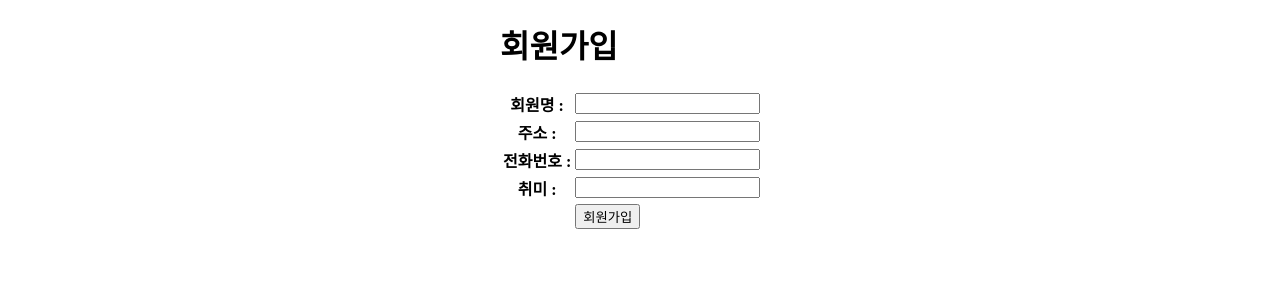
Repository: nameisris/jsp_workspace
Page: JspProject/src/main/webapp/memReg.html
The author's editor kept a copy of each file at every save. The page is drawn from the files as they stood at one save, then again after the next save.
The browser window is 1280 px wide. The pictures show the whole page.

Above is the page before, as saved 2023-09-19 05:27:44.

After the next save:
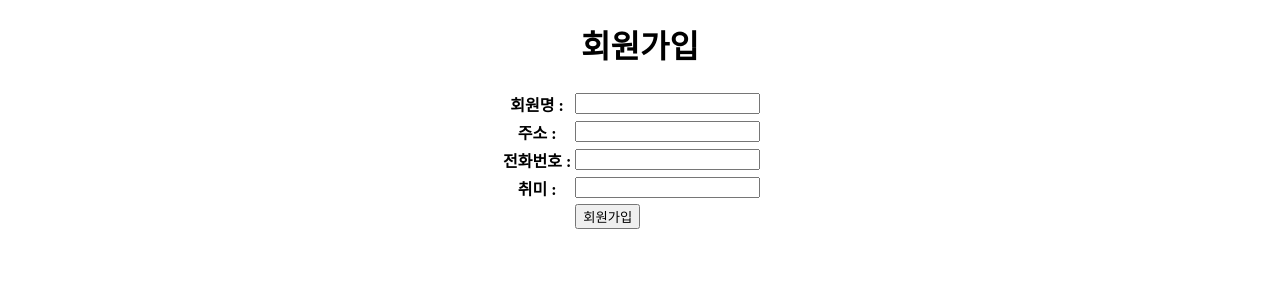
Saved 3 s later.
--- a/JspProject/src/main/webapp/memReg.html
+++ b/JspProject/src/main/webapp/memReg.html
@@ -4,17 +4,18 @@
 <meta charset="UTF-8">
 <title>Insert title here</title>
 <style type="text/css">
-	body { margin:auto; }
+	body { margin: auto; }
 	div {
 		width: 280px;
 		margin: auto;
 	}
+	h1 { text-align: center; }
 </style>
 </head>
 <body>
 <div>
 <h1>회원가입</h1>
-<form>
+<form action="memReg" method="post">
 	<table>
 		<tr><th>회원명 : </th><td><input type="text" name="name"/></td></tr>
 		<tr><th>주소 : </th><td><input type="text" name="address"/></td></tr>
